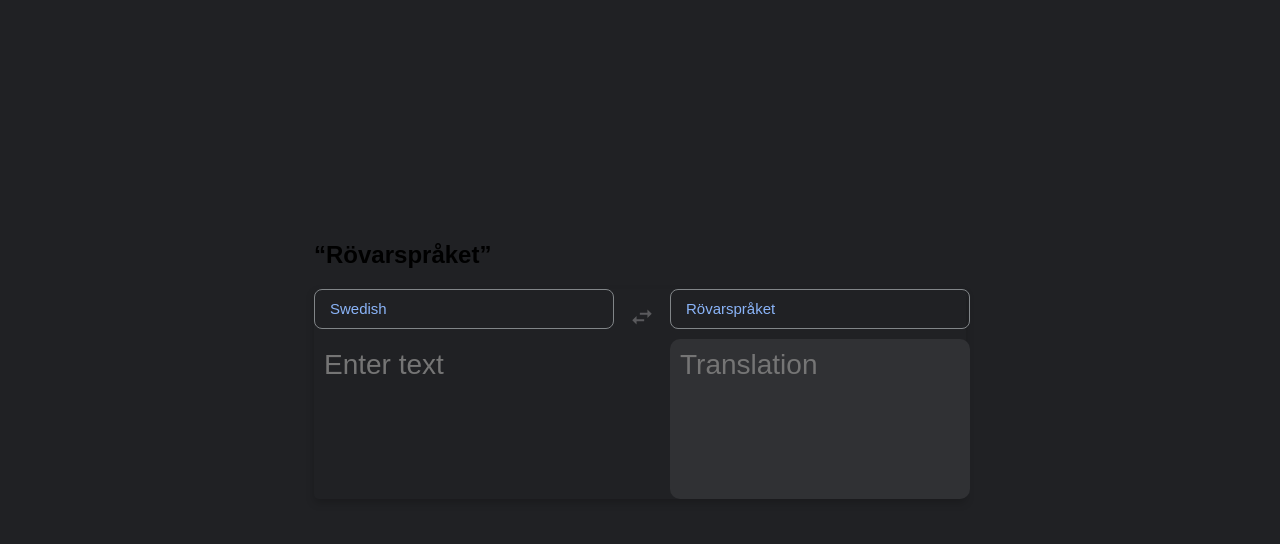
Repository: ShamroOoz/R-varspr-ket-Translator
Page: /
An editor plug-in stored every save of this project. The page is shown before and after the next save, followed by the edit.
The browser window is 1280 px wide. The pictures show the whole page.
The project was rebuilt for these pictures with package versions that can differ from the ones it lists, and the page was loaded fresh each time.

Above is the page before, as saved 2022-05-17 23:51:42.

### public/index.html
<!DOCTYPE html>
<html lang="en">
  <head>
    <meta charset="utf-8" />
    <link rel="icon" href="%PUBLIC_URL%/favicon.ico" />
    <meta name="viewport" content="width=device-width, initial-scale=1" />
    <meta name="theme-color" content="#000000" />
    <meta
      name="description"
      content="Web site created using create-react-app"
    />
    <link rel="apple-touch-icon" href="%PUBLIC_URL%/logo192.png" />
    <!--
      manifest.json provides metadata used when your web app is installed on a
      user's mobile device or desktop. See https://developers.google.com/web/fundamentals/web-app-manifest/
    -->
    <link rel="manifest" href="%PUBLIC_URL%/manifest.json" />
    <!--
      Notice the use of %PUBLIC_URL% in the tags above.
      It will be replaced with the URL of the `public` folder during the build.
      Only files inside the `public` folder can be referenced from the HTML.

      Unlike "/favicon.ico" or "favicon.ico", "%PUBLIC_URL%/favicon.ico" will
      work correctly both with client-side routing and a non-root public URL.
      Learn how to configure a non-root public URL by running `npm run build`.
    -->
    <title>Översättare - Rövarspråket</title>
  </head>
  <body>
    <noscript>You need to enable JavaScript to run this app.</noscript>
    <div id="root"></div>
    <!--
      This HTML file is a template.
      If you open it directly in the browser, you will see an empty page.

      You can add webfonts, meta tags, or analytics to this file.
      The build step will place the bundled scripts into the <body> tag.

      To begin the development, run `npm start` or `yarn start`.
      To create a production bundle, use `npm run build` or `yarn build`.
    -->
  </body>
</html>

### src/index.css
* {
  font-family: arial, sans-serif;
}

body {
  margin: 0;
  background-color: #202124;
  display: flex;
  justify-content: center;
  height: 100vh;
  align-items: center;
}

.app {
  display: flex;
  width: 652px;
  height: 210px;
  box-shadow: 0 4px 8px 0 rgba(0, 0, 0, 0.2);
  transition: 0.3s;
  border-radius: 5px; /* 5px rounded corners */
}

.output,
.input {
  display: flex;
  flex-direction: column;
  width: 300px;
}

textarea {
  background-color: transparent;
  color: #bdc1c6;
  border: none;
  resize: none;
  padding: 10px;
  width: 280px !important;
  height: 146px;
  border-radius: 10px;
  outline: none;
  overflow: auto;
  font-size: 28px;
  margin-top: 10px;
}

.output textarea {
  background-color: #303134;
}

.arrow-container {
  padding: 15px;
  cursor: pointer;
}
.arrow-container svg:hover {
  fill: #fff;
}

.arrow-container svg {
  width: 26px;
  height: 26px;
  fill: #5a5a5d;
}

input {
  border: 1px solid #818588;
  border-radius: 8px;
  box-sizing: border-box;
  color: #bdc1c6;
  font-size: 14px;
  height: 40px;
  background-color: transparent;
  width: 100%;
}

.select-drop-down input {
  color: #8ab4f8;
  padding: 5px 15px;
  font-size: 15px;
}

.input .delete {
  position: relative;
  left: 260px;
  top: -110px;
  font-size: 50px;
  color: #bdc1c6;
  cursor: pointer;
}
.input .delete:hover {
  color: #8ab4f8;
}

### src/App.js
/* eslint-disable react/style-prop-object */
import { useState, useEffect, useMemo } from "react";
import TextBox from "./components/TextBox";
import Arrows from "./components/Arrows";

function App() {
  const [inputLanguage, setInputLanguage] = useState("Swedish");
  const [outputLanguage, setOutputLanguage] = useState("Rövarspråket");
  const [textToTranslate, setTextToTranslate] = useState("");
  const [translatedText, setTranslatedText] = useState("");

  useEffect(() => {
    if (textToTranslate) {
      setTranslatedText(
        outputLanguage === "Rövarspråket" ? encoded() : decoded()
      );
    }
    // eslint-disable-next-line react-hooks/exhaustive-deps
  }, [textToTranslate]);

  const encoded = useMemo(
    () => () => {
      let consonants = "BbCcDdFfGgHhJjKkLlMmNnPpQqRrSsTtVvWwXxYyZz";
      let new_word = [];
      for (let x of textToTranslate) {
        consonants.includes(x) ? new_word.push(x + "o" + x) : new_word.push(x);
      }
      return new_word.join("");
    },
    [textToTranslate]
  );

  const decoded = useMemo(
    () => () => {
      let consonants = "BbCcDdFfGgHhJjKkLlMmNnPpQqRrSsTtVvWwXxYyZz";
      let new_word = "";
      let index = 0;
      while (index < textToTranslate.length) {
        new_word += textToTranslate[index];
        consonants.includes(textToTranslate[index])
          ? (index += 3)
          : (index += 1);
      }
      return new_word;
    },
    [textToTranslate]
  );

  const handleClick = () => {
    setInputLanguage(outputLanguage);
    setOutputLanguage(inputLanguage);
    if (textToTranslate && translatedText) {
      setTextToTranslate(translatedText);
    }
  };

  return (
    <>
      <h2>“Rövarspråket”</h2>
      <div className="app">
        <TextBox
          style="input"
          selectedLanguage={inputLanguage}
          setTextToTranslate={setTextToTranslate}
          textToTranslate={textToTranslate}
          setTranslatedText={setTranslatedText}
        />
        <div className="arrow-container" onClick={handleClick}>
          <Arrows />
        </div>
        <TextBox
          style="output"
          selectedLanguage={outputLanguage}
          translatedText={translatedText}
        />
      </div>
    </>
  );
}

export default App;

### src/components/TextBox.js
import SelectDropDown from "./SelectDropDown";

const TextBox = ({
  style,
  selectedLanguage,
  setTextToTranslate,
  textToTranslate,
  translatedText,
  setTranslatedText,
}) => {
  const handleClick = () => {
    setTextToTranslate("");
    setTranslatedText("");
  };
  return (
    <div className={style}>
      <SelectDropDown selectedLanguage={selectedLanguage} />
      <textarea
        disabled={style === "output"}
        className={style}
        placeholder={style === "input" ? "Enter text" : "Translation"}
        onChange={(e) => setTextToTranslate(e.target.value)}
        value={style === "input" ? textToTranslate : translatedText}
      />
      {style === "input" && textToTranslate && (
        <div className="delete" onClick={handleClick}>
          ˟
        </div>
      )}
    </div>
  );
};

export default TextBox;

### src/components/Arrows.js
const Arrows = () => {
  return (
    <svg
      focusable="false"
      xmlns="http://www.w3.org/2000/svg"
      viewBox="0 0 24 24"
    >
      <path d="M6.99 11L3 15l3.99 4v-3H14v-2H6.99v-3zM21 9l-3.99-4v3H10v2h7.01v3L21 9z"></path>
    </svg>
  );
};

export default Arrows;

### src/components/SelectDropDown.js
const SelectDropDown = ({ selectedLanguage }) => {
  return (
    <div className="select-drop-down">
      <input value={selectedLanguage} />
    </div>
  );
};

export default SelectDropDown;

Loaded but not shown: src/index.js (common file)

After the next save:
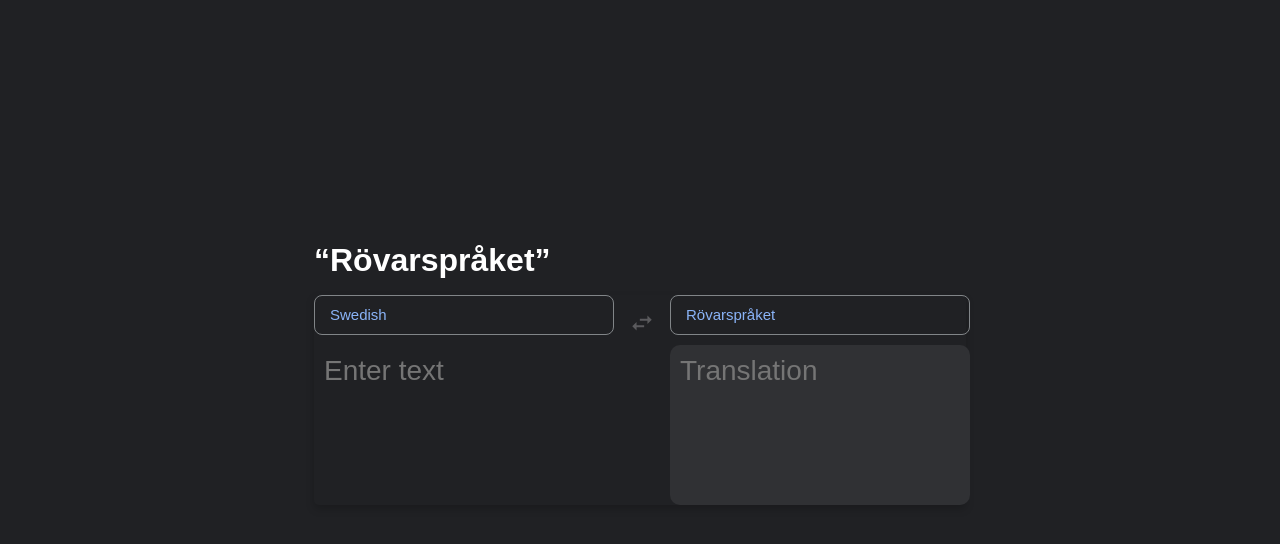
Saved 89 s later.
--- a/src/index.css
+++ b/src/index.css
@@ -9,6 +9,13 @@ body {
   justify-content: center;
   height: 100vh;
   align-items: center;
+}
+
+h2 {
+  color: #fff;
+  font-size: 2rem;
+  font-weight: bold;
+  margin-bottom: 1rem;
 }
 
 .app {
